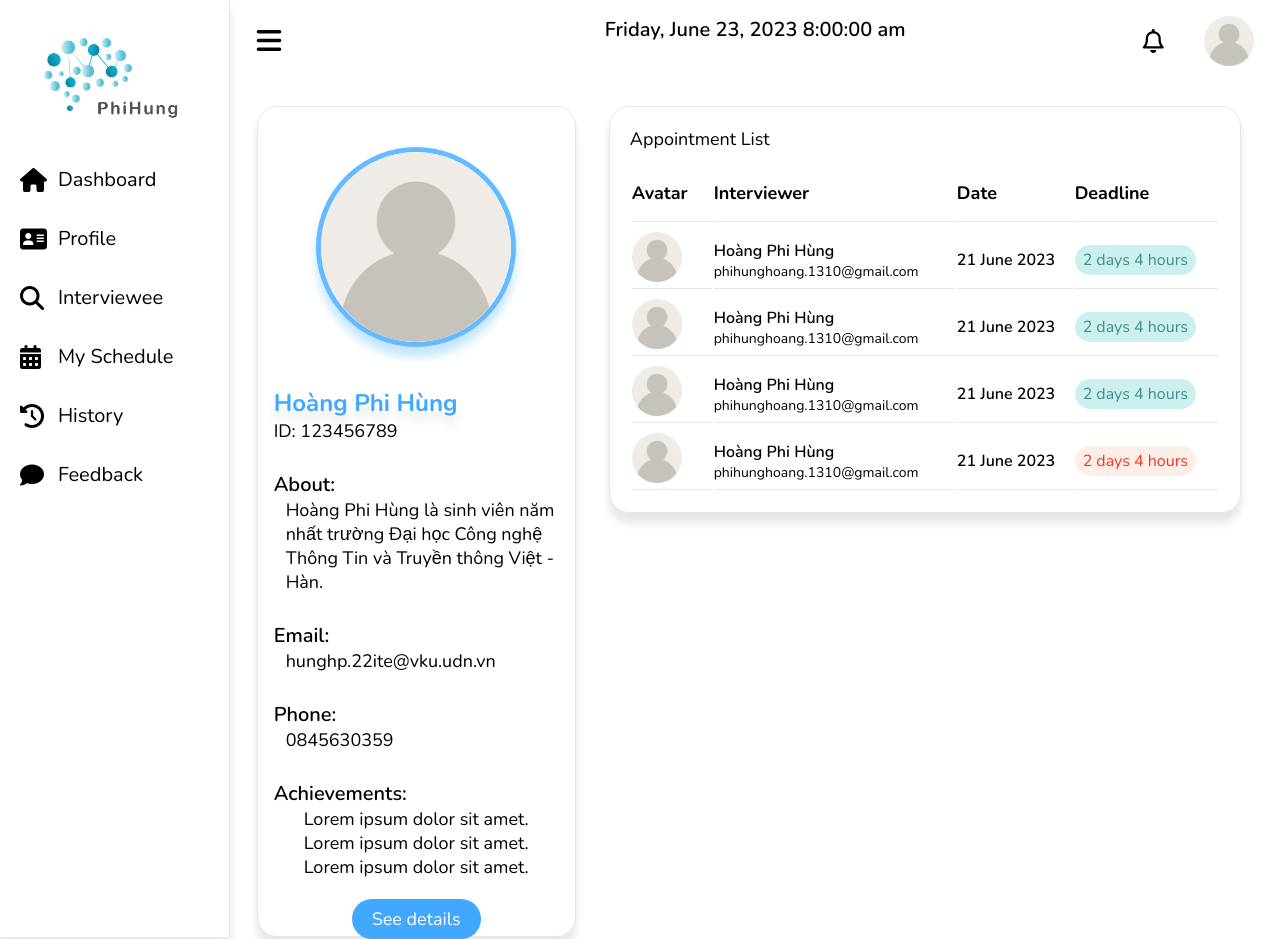
Repository: hphihungit/InterviewService
Page: interviewee.html
An editor plug-in stored every save of this project. The page is shown before and after the next save, followed by the edit.
The browser window is 1280 px wide. The pictures show the whole page.

Above is the page before, as saved 2023-06-01 01:09:45.

### interviewee.html
<!DOCTYPE html>
<html lang="en">
<head>
    <meta charset="UTF-8">
    <meta http-equiv="X-UA-Compatible" content="IE=edge">
    <meta name="viewport" content="width=device-width, initial-scale=1.0">
    <title>Document</title>
    <link rel="stylesheet" href="assets/css/grid.css">
    <link rel="stylesheet" href="assets/css/base.css">
    <link rel="stylesheet" href="https://cdnjs.cloudflare.com/ajax/libs/font-awesome/6.4.0/css/all.min.css" integrity="sha512-iecdLmaskl7CVkqkXNQ/ZH/XLlvWZOJyj7Yy7tcenmpD1ypASozpmT/E0iPtmFIB46ZmdtAc9eNBvH0H/ZpiBw==" crossorigin="anonymous" referrerpolicy="no-referrer"/>
    <link rel="preconnect" href="https://fonts.googleapis.com">
    <link rel="preconnect" href="https://fonts.gstatic.com" crossorigin>
    <link href="https://fonts.googleapis.com/css2?family=Nunito:wght@200;300;400;500;600;700;800;900;1000&display=swap" rel="stylesheet">
    <link rel="stylesheet" href="assets/css/interviewee.css">
</head>
<body>
    <div id="main">
        <div class="dashboard">
            <div class="dashboard__logo"></div>
            <ul class="dashboard__list">
                <li class="dashboard__item">
                    <a href="" class="icon__link">
                        <i class="fa-solid fa-house"></i>
                    </a>
                    <a href="" class="link">Dashboard</a>
                </li>
                <li class="dashboard__item">
                    <a href="" class="icon__link">
                        <i class="fa-solid fa-address-card"></i>
                    </a>
                    <a href="" class="link">Profile</a>
                </li>
                <li class="dashboard__item">
                    <a href="" class="icon__link">
                        <i class="fa-solid fa-magnifying-glass"></i>
                    </a>
                    <a href="" class="link">Interviewee</a>
                </li>
                <li class="dashboard__item">
                    <a href="" class="icon__link">
                        <i class="fa-solid fa-calendar-days"></i>
                    </a>
                    <a href="" class="link">My Schedule</a>
                </li>
                <li class="dashboard__item">
                    <a href="" class="icon__link">
                        <i class="fa-solid fa-clock-rotate-left"></i>
                    </a>
                    <a href="" class="link">History</a>
                </li>
                <li class="dashboard__item">
                    <a href="" class="icon__link">
                        <i class="fa-solid fa-comment"></i>
                    </a>
                    <a href="" class="link">Feedback</a>
                </li>
            </ul>
        </div>

        <div class="container">
            <div class="header">
                <div class="header__icon">
                    <label class="fa-solid fa-bars header__label"></label>
                </div>

                <div class="header__time">
                    Friday, June 23, 2023 8:00:00 am
                </div>

                <div class="header__news">
                    <label class="fa-regular fa-bell header__label--bell"></label>
                    <div class="header__avatar">
                        <img src="assets/img/user.png" alt="">
                    </div>
                </div>
            </div>

            <div class="about">
                <div class="cv">
                    <div class="cv__avatar">
                        <img src="assets/img/user.png" alt="">
                    </div>

                    <div class="cv__name">
                        <p class="cv__name--interviewee">Hoàng Phi Hùng</p>
                        <p class="cv__id">ID: 123456789</p>
                    </div>

                    <div class="cv__about">
                        <p class="cv__about--title">About: </p>
                        <p class="cv__about--content">
                            Hoàng Phi Hùng là sinh viên năm nhất trường Đại học Công nghệ Thông Tin và Truyền thông Việt - Hàn.
                        </p>
                    </div>

                    <div class="cv__email">
                        <p class="cv__email--title">Email: </p>
                        <p class="cv__email--content">hunghp.22ite@vku.udn.vn</p>
                    </div>

                    <div class="cv__phone">
                        <p class="cv__phone--title">Phone: </p>
                        <p class="cv__phone--content">0845630359</p>
                    </div>

                    <div class="cv__info">
                        <p class="cv__info--title">Achievements: </p>
                        <ul class="cv__info--list">
                            <li class="cv__info--item">Lorem ipsum dolor sit amet.</li>
                            <li class="cv__info--item">Lorem ipsum dolor sit amet.</li>
                            <li class="cv__info--item">Lorem ipsum dolor sit amet.</li>
                        </ul>
                    </div>

                    <div class="cv__all">
                        <a href="" class="btn--cv--all">See details</a>
                    </div>
                </div>

                <div class="info">
                    <div class="appointment">
                        <div class="appointment__title">
                            Appointment List
                        </div>

                        <table>
                            <thead>
                                <th>Avatar</th>
                                <th>Interviewer</th>
                                <th>Date</th>
                                <th>Deadline</th>
                            </thead>

                            <tbody>
                                <tr>
                                    <td>
                                        <img src="assets/img/user.png" alt="">
                                    </td>
                                    <td>
                                        <p class="name">Hoàng Phi Hùng</p>
                                        <p class="email">phihunghoang.1310@gmail.com</p>
                                    </td>
                                    <td>
                                        <span class="date">21 June 2023</span>
                                    </td>
                                    <td>
                                        <span class="due">2 days 4 hours</span>
                                    </td>
                                </tr>
                                <tr>
                                    <td>
                                        <img src="assets/img/user.png" alt="">
                                    </td>
                                    <td>
                                        <p class="name">Hoàng Phi Hùng</p>
                                        <p class="email">phihunghoang.1310@gmail.com</p>
                                    </td>
                                    <td>
                                        <span class="date">21 June 2023</span>
                                    </td>
                                    <td>
                                        <span class="due">2 days 4 hours</span>
                                    </td>
                                </tr>
                                <tr>
                                    <td>
                                        <img src="assets/img/user.png" alt="">
                                    </td>
                                    <td>
                                        <p class="name">Hoàng Phi Hùng</p>
                                        <p class="email">phihunghoang.1310@gmail.com</p>
                                    </td>
                                    <td>
                                        <span class="date">21 June 2023</span>
                                    </td>
                                    <td>
                                        <span class="due">2 days 4 hours</span>
                                    </td>
                                </tr>
                                <tr>
                                    <td>
                                        <img src="assets/img/user.png" alt="">
                                    </td>
                                    <td>
                                        <p class="name">Hoàng Phi Hùng</p>
                                        <p class="email">phihunghoang.1310@gmail.com</p>
                                    </td>
                                    <td>
                                        <span class="date">21 June 2023</span>
                                    </td>
                                    <td>
                                        <span class="overdue">2 days 4 hours</span>
                                    </td>
                                </tr>
                            </tbody>
                        </table>
                    </div>
                </div>
            </div>
        </div>
    </div>
</body>
</html>

### assets/css/grid.css
.grid {
    width: 90%;
    display: block;
    padding: 0;
    margin: 0 auto;
}

.row {
    display: flex;
    flex-wrap: wrap;
    margin-left: -4px;
    margin-right: -4px;
}

.row.no-gutters {
    margin-left: 0;
    margin-right: 0;
}

.col {
    padding-left: 4px;
    padding-right: 4px;
}

.row.no-gutters .col {
    padding-left: 0;
    padding-right: 0;
}

.c-0 {
    display: none;
}

.c-1 {
    flex: 0 0 8.33333%;
    max-width: 8.33333%;
}

.c-2 {
    flex: 0 0 16.66667%;
    max-width: 16.66667%;
}

.c-3 {
    flex: 0 0 25%;
    max-width: 25%;
}

.c-4 {
    flex: 0 0 33.33333%;
    max-width: 33.33333%;
}

.c-5 {
    flex: 0 0 41.66667%;
    max-width: 41.66667%;
}

.c-6 {
    flex: 0 0 50%;
    max-width: 50%;
}

.c-7 {
    flex: 0 0 58.33333%;
    max-width: 58.33333%;
}

.c-8 {
    flex: 0 0 66.66667%;
    max-width: 66.66667%;
}

.c-9 {
    flex: 0 0 75%;
    max-width: 75%;
}

.c-10 {
    flex: 0 0 83.33333%;
    max-width: 83.33333%;
}

.c-11 {
    flex: 0 0 91.66667%;
    max-width: 91.66667%;
}

.c-12 {
    flex: 0 0 100%;
    max-width: 100%;
}

.c-o-1 {
    margin-left: 8.33333%;
}

.c-o-2 {
    margin-left: 16.66667%;
}

.c-o-3 {
    margin-left: 25%;
}

.c-o-4 {
    margin-left: 33.33333%;
}

.c-o-5 {
    margin-left: 41.66667%;
}

.c-o-6 {
    margin-left: 50%;
}

.c-o-7 {
    margin-left: 58.33333%;
}

.c-o-8 {
    margin-left: 66.66667%;
}

.c-o-9 {
    margin-left: 75%;
}

.c-o-10 {
    margin-left: 83.33333%;
}

.c-o-11 {
    margin-left: 91.66667%;
}

/* >= Tablet */
@media (min-width: 740px) {
    .row {
        margin-left: -8px;
        margin-right: -8px;
    }

    .col {
        padding-left: 8px;
        padding-right: 8px;
    }

    .m-0 {
        display: none;
    }

    .m-1,
    .m-2,
    .m-3,
    .m-4,
    .m-5,
    .m-6,
    .m-7,
    .m-8,
    .m-9,
    .m-10,
    .m-11,
    .m-12 {
        display: block;
    }

    .m-1 {
        flex: 0 0 8.33333%;
        max-width: 8.33333%;
    }

    .m-2 {
        flex: 0 0 16.66667%;
        max-width: 16.66667%;
    }

    .m-3 {
        flex: 0 0 25%;
        max-width: 25%;
    }

    .m-4 {
        flex: 0 0 33.33333%;
        max-width: 33.33333%;
    }

    .m-5 {
        flex: 0 0 41.66667%;
        max-width: 41.66667%;
    }

    .m-6 {
        flex: 0 0 50%;
        max-width: 50%;
    }

    .m-7 {
        flex: 0 0 58.33333%;
        max-width: 58.33333%;
    }

    .m-8 {
        flex: 0 0 66.66667%;
        max-width: 66.66667%;
    }

    .m-9 {
        flex: 0 0 75%;
        max-width: 75%;
    }

    .m-10 {
        flex: 0 0 83.33333%;
        max-width: 83.33333%;
    }

    .m-11 {
        flex: 0 0 91.66667%;
        max-width: 91.66667%;
    }

    .m-12 {
        flex: 0 0 100%;
        max-width: 100%;
    }

    .m-o-1 {
        margin-left: 8.33333%;
    }

    .m-o-2 {
        margin-left: 16.66667%;
    }

    .m-o-3 {
        margin-left: 25%;
    }

    .m-o-4 {
        margin-left: 33.33333%;
    }

    .m-o-5 {
        margin-left: 41.66667%;
    }

    .m-o-6 {
        margin-left: 50%;
    }

    .m-o-7 {
        margin-left: 58.33333%;
    }

    .m-o-8 {
        margin-left: 66.66667%;
    }

    .m-o-9 {
        margin-left: 75%;
    }

    .m-o-10 {
        margin-left: 83.33333%;
    }

    .m-o-11 {
        margin-left: 91.66667%;
    }
}

/* PC medium resolution > */
@media (min-width: 1113px) {
    .row {
        margin-left: -12px;
        margin-right: -12px;
    }

    .row.sm-gutter {
        margin-left: -5px;
        margin-right: -5px;
    }

    .col {
        padding-left: 12px;
        padding-right: 12px;
    }

    .row.sm-gutter .col {
        padding-left: 5px;
        padding-right: 5px;
    }

    .l-0 {
        display: none;
    }

    .l-1,
    .l-2,
    .l-2-4,
    .l-3,
    .l-4,
    .l-5,
    .l-6,
    .l-7,
    .l-8,
    .l-9,
    .l-10,
    .l-11,
    .l-12 {
        display: block;
    }

    .l-1 {
        flex: 0 0 8.33333%;
        max-width: 8.33333%;
    }

    .l-2 {
        flex: 0 0 16.66667%;
        max-width: 16.66667%;
    }

    .l-2-4 {
        flex: 0 0 20%;
        max-width: 20%;
    }

    .l-3 {
        flex: 0 0 25%;
        max-width: 25%;
    }

    .l-4 {
        flex: 0 0 33.33333%;
        max-width: 33.33333%;
    }

    .l-5 {
        flex: 0 0 41.66667%;
        max-width: 41.66667%;
    }

    .l-6 {
        flex: 0 0 50%;
        max-width: 50%;
    }

    .l-7 {
        flex: 0 0 58.33333%;
        max-width: 58.33333%;
    }

    .l-8 {
        flex: 0 0 66.66667%;
        max-width: 66.66667%;
    }

    .l-9 {
        flex: 0 0 75%;
        max-width: 75%;
    }

    .l-10 {
        flex: 0 0 83.33333%;
        max-width: 83.33333%;
    }

    .l-11 {
        flex: 0 0 91.66667%;
        max-width: 91.66667%;
    }

    .l-12 {
        flex: 0 0 100%;
        max-width: 100%;
    }

    .l-o-1 {
        margin-left: 8.33333%;
    }

    .l-o-2 {
        margin-left: 16.66667%;
    }

    .l-o-3 {
        margin-left: 25%;
    }

    .l-o-4 {
        margin-left: 33.33333%;
    }

    .l-o-5 {
        margin-left: 41.66667%;
    }

    .l-o-6 {
        margin-left: 50%;
    }

    .l-o-7 {
        margin-left: 58.33333%;
    }

    .l-o-8 {
        margin-left: 66.66667%;
    }

    .l-o-9 {
        margin-left: 75%;
    }

    .l-o-10 {
        margin-left: 83.33333%;
    }

    .l-o-11 {
        margin-left: 91.66667%;
    }
}

/* Tablet - PC low resolution */
@media (min-width: 740px) and (max-width: 1023px) {
    .wide {
        width: 644px;
    }
}

/* > PC low resolution */
@media (min-width: 1024px) and (max-width: 1239px) {
    .wide {
        width: 984px;
    }

    .wide .row {
        margin-left: -12px;
        margin-right: -12px;
    }

    .wide .row.sm-gutter {
        margin-left: -5px;
        margin-right: -5px;
    }

    .wide .col {
        padding-left: 12px;
        padding-right: 12px;
    }

    .wide .row.sm-gutter .col {
        padding-left: 5px;
        padding-right: 5px;
    }

    .wide .l-0 {
        display: none;
    }

    .wide .l-1,
    .wide .l-2,
    .wide .l-2-4,
    .wide .l-3,
    .wide .l-4,
    .wide .l-5,
    .wide .l-6,
    .wide .l-7,
    .wide .l-8,
    .wide .l-9,
    .wide .l-10,
    .wide .l-11,
    .wide .l-12 {
        display: block;
    }

    .wide .l-1 {
        flex: 0 0 8.33333%;
        max-width: 8.33333%;
    }

    .wide .l-2 {
        flex: 0 0 16.66667%;
        max-width: 16.66667%;
    }

    .wide .l-2-4 {
        flex: 0 0 20%;
        max-width: 20%;
    }

    .wide .l-3 {
        flex: 0 0 25%;
        max-width: 25%;
    }

    .wide .l-4 {
        flex: 0 0 33.33333%;
        max-width: 33.33333%;
    }

    .wide .l-5 {
        flex: 0 0 41.66667%;
        max-width: 41.66667%;
    }

    .wide .l-6 {
        flex: 0 0 50%;
        max-width: 50%;
    }

    .wide .l-7 {
        flex: 0 0 58.33333%;
        max-width: 58.33333%;
    }

    .wide .l-8 {
        flex: 0 0 66.66667%;
        max-width: 66.66667%;
    }

    .wide .l-9 {
        flex: 0 0 75%;
        max-width: 75%;
    }

    .wide .l-10 {
        flex: 0 0 83.33333%;
        max-width: 83.33333%;
    }

    .wide .l-11 {
        flex: 0 0 91.66667%;
        max-width: 91.66667%;
    }

    .wide .l-12 {
        flex: 0 0 100%;
        max-width: 100%;
    }

    .wide .l-o-1 {
        margin-left: 8.33333%;
    }

    .wide .l-o-2 {
        margin-left: 16.66667%;
    }

    .wide .l-o-3 {
        margin-left: 25%;
    }

    .wide .l-o-4 {
        margin-left: 33.33333%;
    }

    .wide .l-o-5 {
        margin-left: 41.66667%;
    }

    .wide .l-o-6 {
        margin-left: 50%;
    }

    .wide .l-o-7 {
        margin-left: 58.33333%;
    }

    .wide .l-o-8 {
        margin-left: 66.66667%;
    }

    .wide .l-o-9 {
        margin-left: 75%;
    }

    .wide .l-o-10 {
        margin-left: 83.33333%;
    }

    .wide .l-o-11 {
        margin-left: 91.66667%;
    }
}

### assets/css/base.css
:root {
    --white-color: #fff;
    --black-color: #000;
    --blue-color : #40a9ff;
    --text-color: #8f8f8f;
    --scale: 1px;
}

* {
    padding: 0;
    margin: 0;
    box-sizing: border-box;
    text-decoration: none;
    list-style-type: none;
}

html, body {
    font-size: 18px;
    font-family: 'Nunito', sans-serif;
    scroll-behavior: smooth;
}

### assets/css/interviewee.css
#main {
    width: 100%;
    display: flex;
}

.dashboard {
    width: 18%;
    min-height: 0;
    border-right: 1px solid rgba(0, 0, 0, 0.1);
    box-shadow: 0 10px 10px rgba(0, 0, 0, 0.1);
}

.dashboard__logo {
    width: 100%;
    height: 150px;
    background-image: url('../img/logo.png');
    background-repeat: no-repeat;
    background-size: 50%;
    background-size: 62%;
    background-position: 50% 85%;
}

.dashboard__list {
    width: 100%;
}

.dashboard__item {
    border-radius: 25px 0 0 25px;
    display: flex;
    width: 100%;
    padding: 0px 20px;
}

.dashboard__item:hover {
    background-color: var(--blue-color);
}

.dashboard__item:hover .link,
.dashboard__item:hover .icon__link {
    color: #fff;
}

.icon__link {
    display: flex;
    align-items: center;
    width: 20%;
    font-size: 24px;
    color: #000;
}

.link {
    display: inline-block;
    width: 80%;
    font-size: 20px;
    padding: 16px 0px;
    color: #000;
}

.container {
    width: 82%;
}

.header {
    width: 95%;
    margin: 0 auto;
    display: flex;
    justify-content: space-between;
    margin-top: 16px;
}

.header__icon {
    width: 32%;
    display: flex;
    justify-content: space-between;
    align-items: center;
}

.header__label {
    font-size: 28px;
}

.header__time {
    width: 32%;
    text-align: center;
    font-size: 20px;
    font-weight: 600;
}

.header__news {
    width: 32%;
    display: flex;
    justify-content: flex-end;
    align-items: center;
}

.header__label--bell {
    font-size: 24px;
    position: relative;
    padding-right: 40px;
}

.header__avatar {
    display: flex;
    justify-content: flex-end;
    align-items: center;
}

.header__avatar img {
    width: 50px;
    height: 50px;
}

.about {
    display: flex;
    justify-content: space-between;
    width: 95%;
    margin: 0 auto;
    margin-top: 40px;
}

.cv {
    width: 32%;
    max-height: 831px;
    border: 1px solid rgba(0, 0, 0, 0.1);
    border-radius: 20px;
    box-shadow: 0 10px 10px rgba(0, 0, 0, 0.1);
    padding: 0px 16px;
}

.cv__avatar {
    width: 100%;
    display: flex;
    justify-content: center;
    align-items: center;
    padding: 20px 0px;
    padding-top: 40px;
}

.cv__avatar img {
    width: 200px;
    height: 200px;
    border: 5px solid rgba(64, 169, 255, 0.8);
    border-radius: 50%;
    box-shadow: 0 10px 10px rgba(64, 169, 255, 0.3);;
}

.cv__name,
.cv__about,
.cv__email,
.cv__phone,
.cv__info {
    width: 100%;
    margin-top: 20px;
    margin-bottom: 28px;
}

.cv__name--interviewee {
    font-size: 24px;
    font-weight: 700;
    text-shadow: 0 10px 10px rgba(0, 0, 0, 0.1);
    color: var(--blue-color);
}

.cv__about--title,
.cv__email--title,
.cv__phone--title,
.cv__info--title {
    font-size: 20px;
    font-weight: 600;
}

.cv__about--content,
.cv__email--content,
.cv__phone--content {
    padding-left: 12px;
}

.cv__info--item {
    text-align: center;
}

.cv__all {
    width: 90%;
    margin: 0 auto;
    margin-bottom: 20px;
    text-align: center;
}

.btn--cv--all {
    padding: 8px 20px;
    border-radius: 20px;
    background-color: var(--blue-color);
    color: #fff;
}

.btn--cv--all:hover {
    opacity: 0.8;
}

.info {
    width: 66%;
}

.appointment {
    width: 96%;
    margin: 0 auto;
    border: 1px solid rgba(0, 0, 0, 0.1);
    box-shadow: 0 10px 10px rgba(0, 0, 0, 0.1);
    border-radius: 20px;
    padding: 20px;
}

table {
    width: 100%;
    margin-top: 28px;
}

th {
    text-align: left;
    padding-right: 12px;
    padding-bottom: 16px;
    border-bottom: 1px solid rgba(0, 0, 0, 0.1);
}

td {
    padding-top: 8px;
    font-size: 16px;
    border-bottom: 1px solid rgba(0, 0, 0, 0.1);
}

td img {
    width: 50px;
    height: 50px;
}

.date,
.name {
    font-weight: 600;
}

.email {
    font-size: 14px;
}

.due {
    background-color: #cbf0ee;
    color: #3d9087;
    padding: 4px 8px;
    border-radius: 20px;
}

.overdue {
    background-color: #fdeee8;
    color: #f83422;
    padding: 4px 8px;
    border-radius: 20px;
}

After the next save:
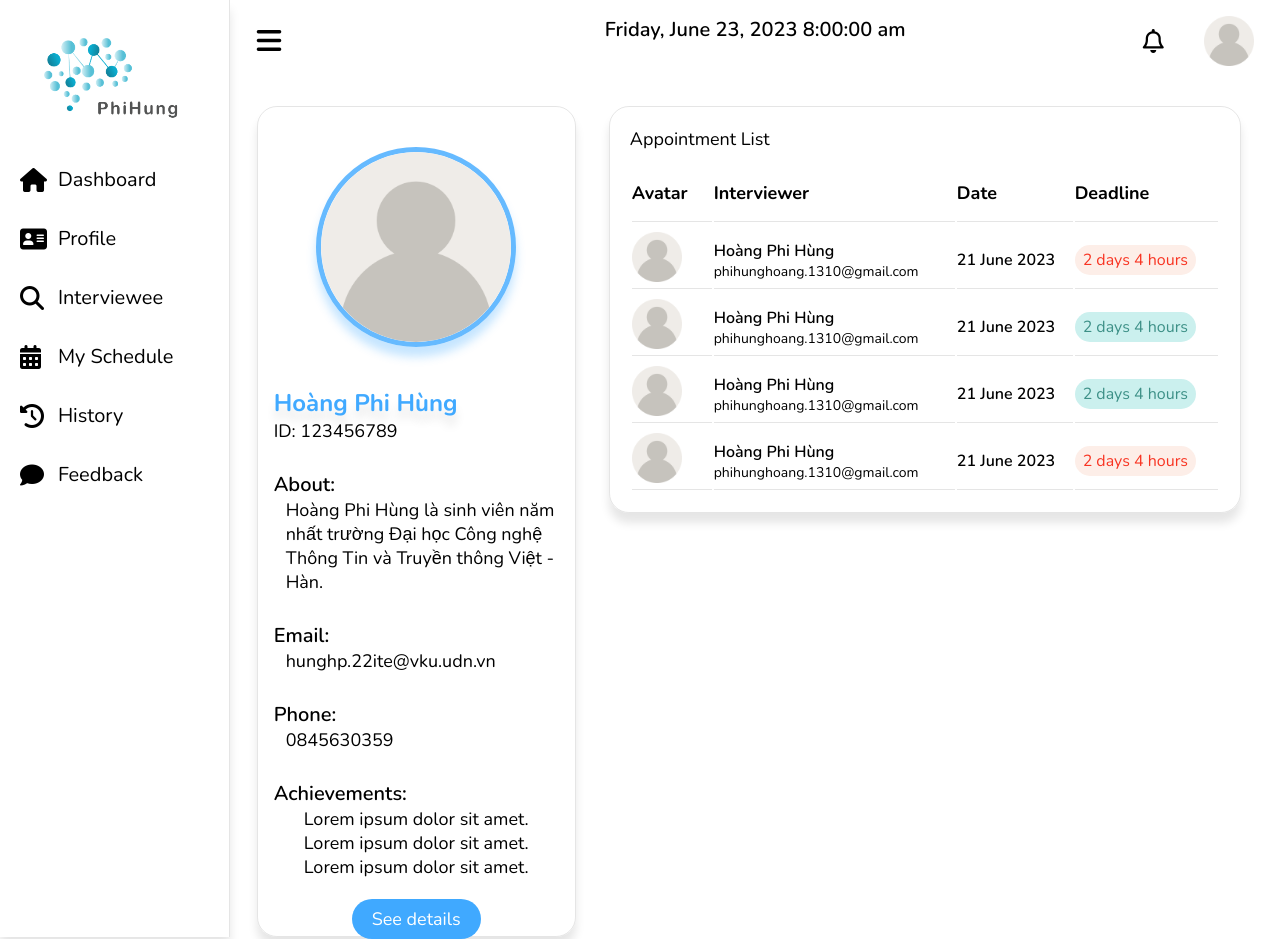
Saved 9 s later.
--- a/interviewee.html
+++ b/interviewee.html
@@ -144,7 +144,7 @@
                                         <span class="date">21 June 2023</span>
                                     </td>
                                     <td>
-                                        <span class="due">2 days 4 hours</span>
+                                        <span class="overdue">2 days 4 hours</span>
                                     </td>
                                 </tr>
                                 <tr>
